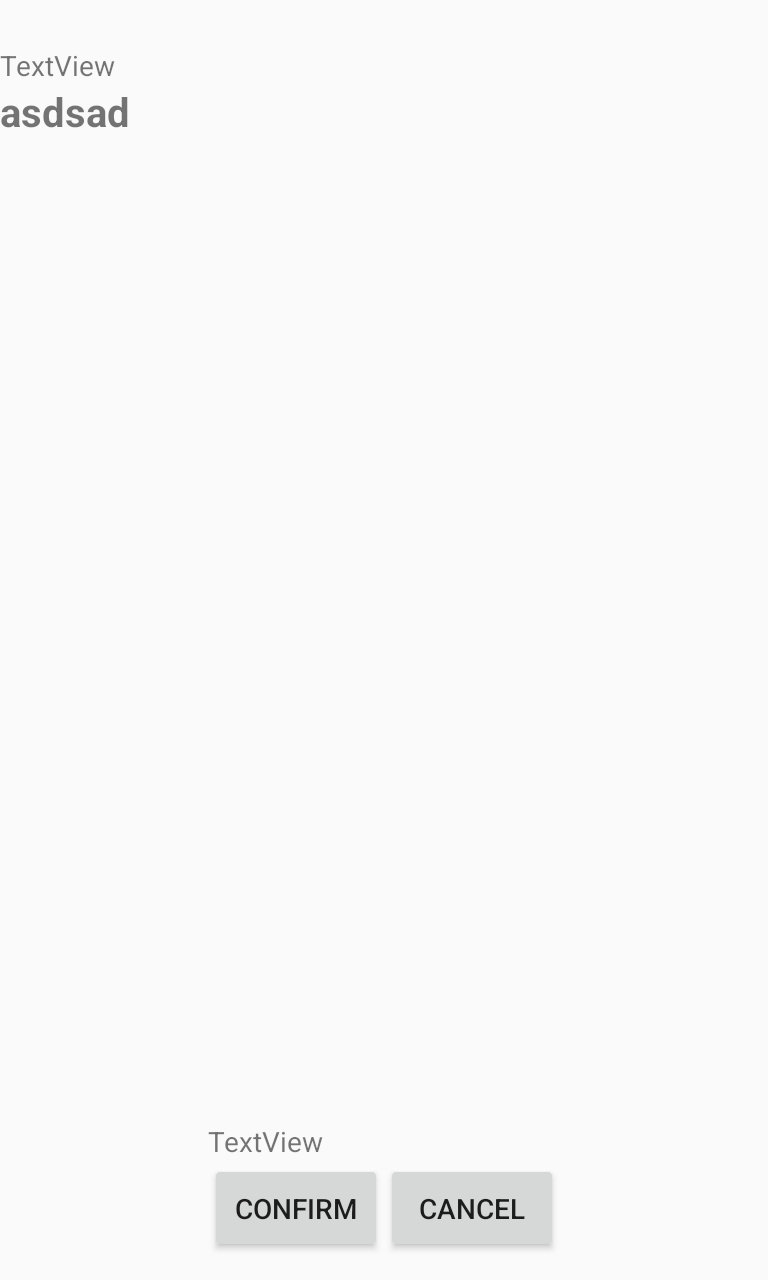
Repository: TeamZhao/Assignment-Tracker
Layout: AssignmentTracker/res/layout/activity_delete_semester_confirmation.xml
The author's editor kept a copy of each file at every save. The layout is drawn from the files as they stood at one save, then again after the next save.
It is drawn on a 768 x 1280 px phone screen (xhdpi) without system bars, with theme AppTheme; the app's code is not run.

Above is the layout before, as saved 2014-11-15 06:38:57.

### AssignmentTracker/res/layout/activity_delete_semester_confirmation.xml
<TableLayout xmlns:android="http://schemas.android.com/apk/res/android"
    xmlns:tools="http://schemas.android.com/tools"
    android:layout_width="match_parent"
    android:layout_height="match_parent"
    android:layout_alignLeft="@+id/textView_DisplaySemContents"
    android:layout_below="@+id/textView_DisplaySemContents"
    tools:context="com.example.assignmenttracker.DeleteSemesterConfirmationActivity" >

    <TableRow
        android:id="@+id/tableRow1"
        android:layout_width="wrap_content"
        android:layout_height="wrap_content"
        android:layout_weight="1"
        android:gravity="bottom"
        android:orientation="horizontal" >

        <LinearLayout
            android:layout_width="wrap_content"
            android:layout_height="wrap_content"
            android:orientation="vertical" >

            <TextView
                android:id="@+id/textView_SemInfoNotice"
                android:layout_width="wrap_content"
                android:layout_height="wrap_content"
                android:text="TextView" />

            <TextView
                android:id="@+id/textView_DisplaySemTitle"
                android:layout_width="wrap_content"
                android:layout_height="wrap_content"
                android:layout_alignParentLeft="true"
                android:layout_alignParentTop="true"
                android:scrollbarAlwaysDrawVerticalTrack="true"
                android:scrollbarStyle="insideOverlay"
                android:scrollbars="vertical"
                android:text="asdsad"
                android:textSize="20sp"
                android:textStyle="bold" />
        </LinearLayout>
    </TableRow>

    <TableRow
        android:id="@+id/tableRow2"
        android:layout_width="wrap_content"
        android:layout_height="wrap_content"
        android:layout_weight="20" >

        <TextView
            android:id="@+id/textView_DisplaySemContents"
            android:layout_width="wrap_content"
            android:layout_height="wrap_content"
            android:layout_alignParentLeft="true"
            android:layout_alignParentTop="true"
            android:scrollbarAlwaysDrawVerticalTrack="true"
            android:scrollbarStyle="insideOverlay"
            android:scrollbars="vertical"
            android:text="" />
    </TableRow>

    <TableRow
        android:id="@+id/tableRow3"
        android:layout_width="wrap_content"
        android:layout_height="wrap_content"
        android:layout_weight="1"
        android:gravity="center" >

        <LinearLayout
            android:layout_width="wrap_content"
            android:layout_height="wrap_content"
            android:orientation="vertical" >

            <TextView
                android:id="@+id/textView_ContinueNotice"
                android:layout_width="match_parent"
                android:layout_height="wrap_content"
                android:text="TextView" />

            <LinearLayout
                android:layout_width="wrap_content"
                android:layout_height="wrap_content"
                android:layout_weight="1" >

                <Button
                    android:id="@+id/btn_deleteSem"
                    android:layout_width="wrap_content"
                    android:layout_height="wrap_content"
                    android:text="@string/confirm" />

                <Button
                    android:id="@+id/btn_cancelDeleteSem"
                    android:layout_width="wrap_content"
                    android:layout_height="wrap_content"
                    android:text="@string/cancel" />
            </LinearLayout>
        </LinearLayout>
    </TableRow>

</TableLayout>

### AssignmentTracker/res/values/strings.xml
<?xml version="1.0" encoding="utf-8"?>
<resources>

    <string name="app_name">Assignment Tracker</string>
    <string name="hello_world">Hello world!</string>
    <string name="action_settings">Settings</string>
    <string name="title_activity_add_semester">Add New Semester</string>
    <string name="semesterDetails">Add semester</string>
    <string name="semesterNo">Enter your semester number</string>
    <string name="semesterName">Enter the semester name and other info</string>
    <string name="addSemester">Add</string>
    <string name="cancelSemester">Cancel</string>
    <string name="nameOfSemester">Name</string>
    <string name="semester">Semester</string>
    <string name="title_activity_main">Assignment Tracker</string>
    <string name="instsuction_add">Please press menu button on the upper right corner to add new record.</string>
    <string name="add_semester">Add Semester</string>
    <string name="add_course">Add Course/Project</string>
    <string name="add_assignment">Add Assignment</string>
    <string name="title_activity_add_assignment">Add New Assignment</string>
    <string name="title">Title</string>
    <string name="course">Course</string>
    <string name="due_date">Due Date</string>
    <string name="progress">Progress</string>
    <string name="add">Add</string>
    <string name="cancel">Cancel</string>
    <string name="delete">Delete</string>
    <string name="update">Update</string>
    <string name="confirm">Confirm</string>
    <string name="title_activity_update_assignment">Update Assignment</string>
    <string name="title_activity_add_course">Add New Course</string>
    <string name="course_code">Course Code</string>
    <string name="professor">Professor</string>
    <string name="course_name">Course Name</string>
    <string name="course_description">Course Description</string>
    <string name="title_activity_show_semesters">Semesters</string>
    <string name="show_semesters">Show All Semesters</string>
    <string name="title_activity_show_courses">Courses</string>
    <string name="show_courses">Show All Courses</string>
    <string name="title_activity_update_course">Update Course</string>
    <string name="title_activity_update_semester">Update Semester</string>
    <string name="Update">Update</string>
    <string name="updateSemester">Update Semester</string>
    <string name="title_activity_splash_screen">Assignment Tracker</string>
    <string name="companyLogo">Company Logo</string>
    <string name="ImA">I am a..</string>
    <string name="teacher">Teacher</string>
    <string name="student">Student</string>
    <string name="title_activity_delete_semester_confirmation">Delete Semester Confirmation</string>

</resources>

Loaded but not shown: AssignmentTracker/res/values/styles.xml (common file); AssignmentTracker/res/values-v11/styles.xml (common file); AssignmentTracker/res/values-v14/styles.xml (common file)

After the next save:
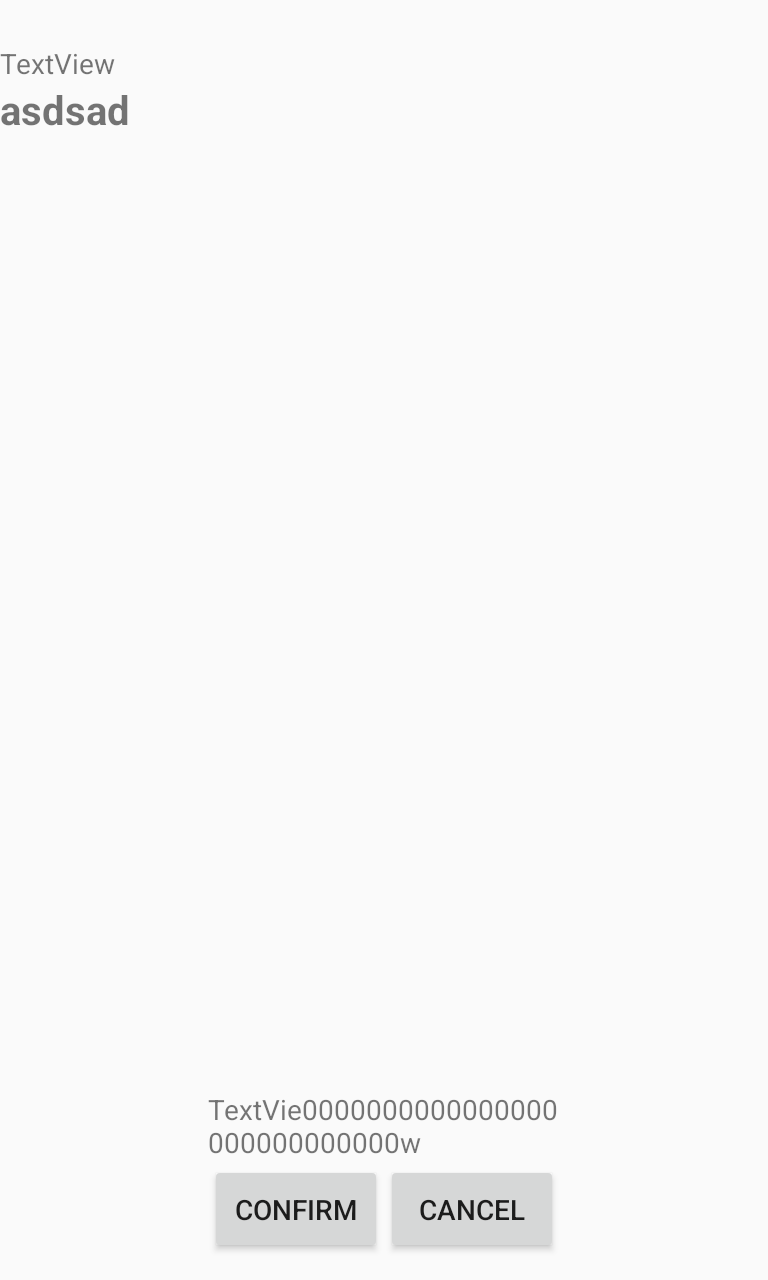
Saved 34 s later.
--- a/AssignmentTracker/res/layout/activity_delete_semester_confirmation.xml
+++ b/AssignmentTracker/res/layout/activity_delete_semester_confirmation.xml
@@ -74,7 +74,7 @@
                 android:id="@+id/textView_ContinueNotice"
                 android:layout_width="match_parent"
                 android:layout_height="wrap_content"
-                android:text="TextView" />
+                android:text="TextVie0000000000000000000000000000w" />
 
             <LinearLayout
                 android:layout_width="wrap_content"
